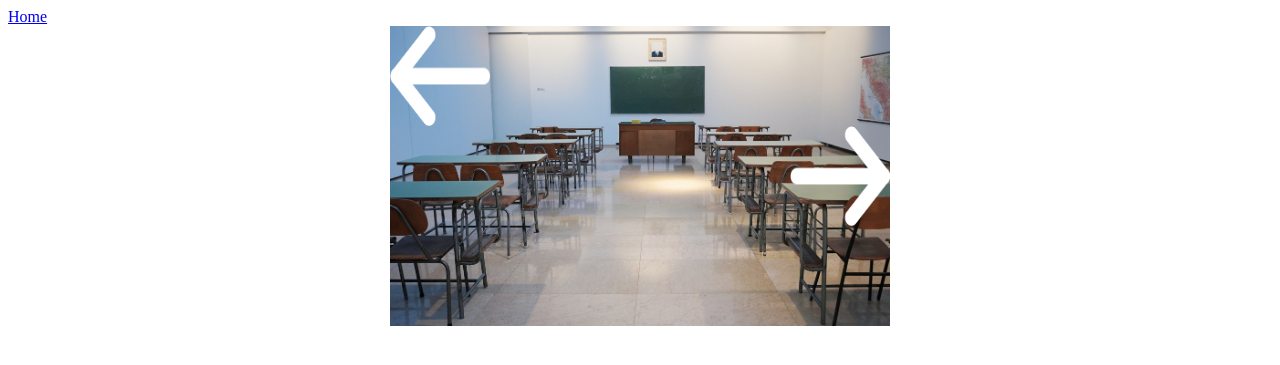
Repository: sierralaurent/Class08-UseEffect
Page: /carouselPage
These files come from the project's save history. The page is drawn as it stood at one moment and after the next save; the edit follows.
The browser window is 1280 px wide. The pictures show the whole page.
The project was rebuilt for these pictures with package versions that can differ from the ones it lists, and the page was loaded fresh each time. The framework's server and built-in components were replaced by stand-ins that run in the browser. Also part of the build but not shown: next.config.js.

Above is the page before, as saved 2023-02-20 17:04:31.

After the next save:
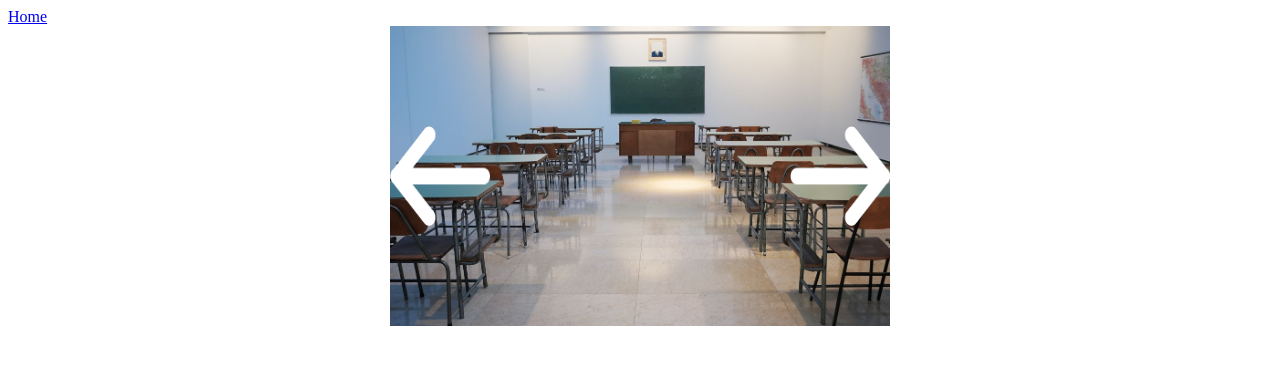
Saved 6 s later.
--- a/components/carousel/carousel.module.css
+++ b/components/carousel/carousel.module.css
@@ -8,6 +8,7 @@
 
 .arrow1 {
     float: left;
+    padding-top: 20%;
 }
 
 .arrow2 {
